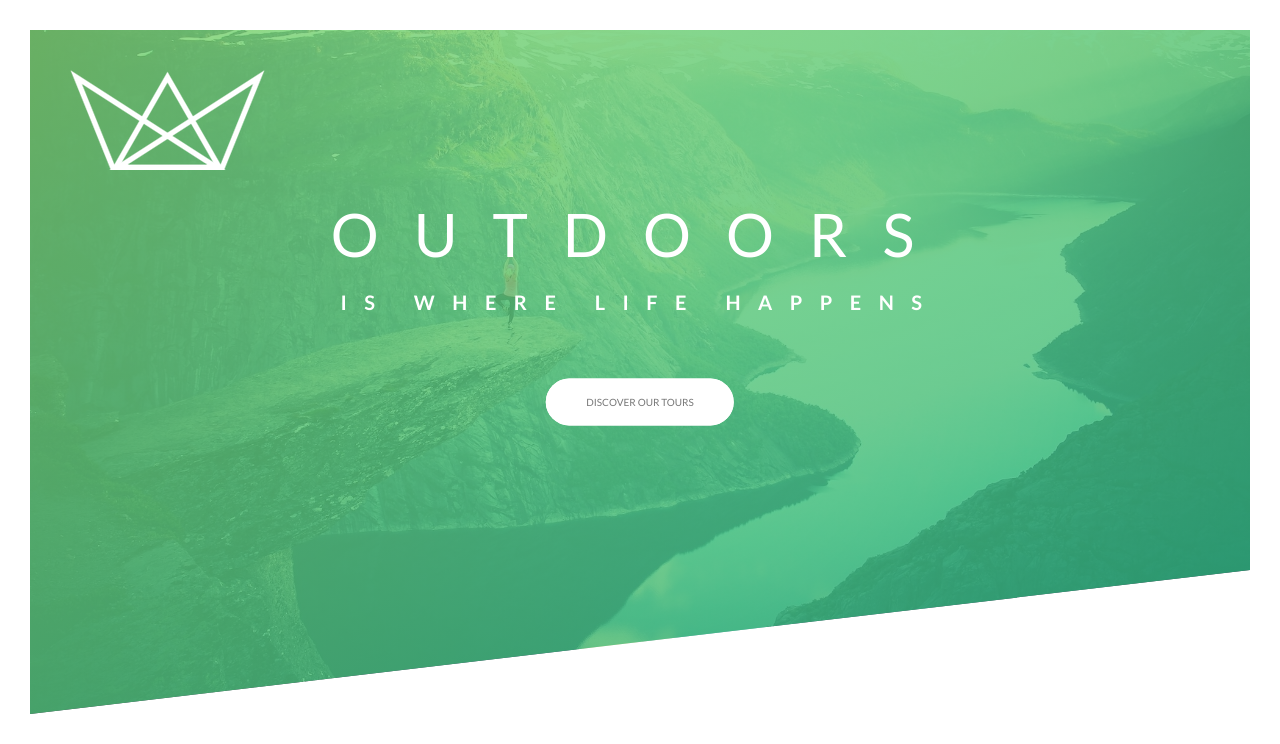
Repository: MalgorzataMazur/Natours
Page: index.html
These files come from the project's save history. The page is drawn as it stood at one moment and after the next save; the edit follows.
The browser window is 1280 px wide. The pictures show the whole page.

Above is the page before, as saved 2020-01-14 19:12:41.

### index.html
<!DOCTYPE html>
<html lang="en">
<head>
    <meta charset="UTF-8">
    <meta name="viewport" content="width=device-width, initial-scale=1.0">
    <meta http-equiv="X-UA-Compatible" content="ie=edge">

    <link href="https://fonts.googleapis.com/css?family=Lato:100,300,400,700,900" rel="stylesheet">


    <link rel="stylesheet" href="css/style.css">
    <link rel="shortcut icon" type="image/png" href="img/favicon.png">

    <title>Natours | Exciting tours for adventurous people</title>
</head>
<body>
    <header class="header">  <!-- green field -->
        <div class="logo-box">
            <img src="img/logo-white.png" alt="Logo" class="logo">
        </div>

        <div class="text-box">
            <h1 class="heading-primary">
                <span class="heading-primary-main">Outdoors</span>
                <span class="heading-primary-sub">is where life happens</span>
            </h1>
            <a href="#" class="btn btn-white btn-animated">Discover our tours</a>
        </div>

    </header>
</body>
</html>

### css/style.css
/*
COLORS:

Light green: #7ed56f
Medium green: #55c57a
Dark green: #28b485

*/

/* universal selector */    /* that is BASIC RESET! */
* {
    margin: 0;
    padding: 0;
    box-sizing: border-box;
}

html {
    font-size: 10px;
}
body {
    font-family: "Lato", sans-serif;          /* FONT HERE IN BODY BECASUE IS USUALLY IHERITATED */
    font-weight: 400;
    /* font-size: 16px; */
    line-height: 1.7;                       /* 1.7 x higher than earlier defined height of line */
    color: #777;
    padding: 3rem;                          /* around all website white strap */
}

.header {
    height: 95vh;                          /* a#7ed56f, t the boottom left white strap 5% */
    background-image: linear-gradient(
        to right bottom,                     /* define gradient here linear, from wich side sholuld starts here in line gradienfrom the left top to the right, colours */
        rgba(126, 213, 111, 0.8),
        rgba(40, 180, 131, 0.8)),
        url(../img/hero.jpg);
    background-size: cover;
    background-position: top;
    position: relative;

    clip-path: polygon(0 0, 100% 0, 100% 75vh, 0 100%);  /* do wedge (kiln, wcięcie) just to clip from one side, w do polygon (wilokat) we move every single corner move clockwise x & y)  */

}

.logo-box {
    position: absolute;                    /* in the left corner */
    top: 4rem;
    left: 4rem;
}

.logo {
    height: 3,5rem;
}

.text-box {
    position: absolute;
    top: 40%;                          /* top&left they're in relation to the parent element  */
    left: 50%;
    transform: translate(-50%, -50%);         /*translation  is in relation to the elemnet itself; header promary I mean an element to be centered we have to shifted 50% of height and width of element not parent */
    text-align: center;                /* button at the center */
}

.heading-primary {
    color: #ffffff;
    text-transform: uppercase;

    backface-visibility: hidden;
    margin-bottom: 6rem;                 /* a little bit like to the top, shaky and it is to fix it  */
}

.heading-primary-main {
    display: block;
    font-size: 6rem;
    font-weight: 400;
    letter-spacing: 3.5rem;

    animation-name: moveInLeft;               /*  for animation to woerk there're two only properties to specify aniamtion name and the anim ation duration */
    animation-duration: 1s;
    animation-timing-function: ease-out;       /* define how animation will proceed slow/fast; ease-out the anim will start faster and then will become slower by the end */


    /*animation-delay: 3s;*/              /* set a delay we can in animation */
    /*animation-iteration-count: 3; */          /* how many times animation should happens */

}

.heading-primary-sub {
    display: block;
    font-size: 2rem;
    font-weight: 700;
    letter-spacing: 1.75rem;
    animation: moveInRight 1s ease-out;

}

@keyframes moveInLeft {            /* ANIMATION we started from @keyframes and name of animation;NOW I can specify whnt I want to happen in each moment of time of the animation  */
    0% {                          /* initial state */
       opacity: 0;                         /* first we wanted to be visible so opacity 0 and in the end opacity 1; opacity is one of properties that we animated here and transform property second */
       transform: translateX(-10rem);        /* the element comes in from the left side */
    }                                          /* rotate(180deg) */

    80% {
        transform: translateX(1rem);        /* to the right side goes */
    }

    100% {                        /* final state */
        opacity: 1;                         /* first we wanted to be visible so opacity 0 and in the end opacity 1 */
        transform: translate(0);     /* it's gonna look exactly right now */
    }
}


@keyframes moveInRight {
       0% {
        opacity: 0;
        transform: translateX(10rem);      /* moves to the right */
    }

    80% {
        transform: translateX(-1rem);
    }

    100% {
        opacity: 1;
        transform: translate(0);
    }
}

@keyframes moveInBottom {              /* after load btn is going from the bottom */
    0% {
     opacity: 0;                      /* befoee strats anim btn sholud be lover current his position */
     transform: translateY(3rem);      /* moves to the right */
 }

 100% {
     opacity: 1;
     transform: translate(0);
 }
}
/* pseudo-classes */
.btn:link,                              /* link an anchor element; we straed at first step from  */
.btn:visited {                          /* link and vistedt look the same here */
    text-transform: uppercase;
    text-decoration: none;
    padding: 1.5rem 4rem;
    display: inline-block;              /* if specufypadding, width, height of elemet thay sholud be display as a inline-block */
    border-radius: 10rem;
    transition: all .2s;               /* build a creative hover animation effect*/  /*first which properties we want animate, time duration*  */
    position: relative;
}

.btn:hover {
    transform: translateY(-3px);                       /* element moves up */
    box-shadow: 0 1em 2rem rgba(0, 0, 0,.2);                       /* move x, y, blur, color; a very subtle shadow and here is 20% almost transparent*/
}

.btn:active {                           /* click element */
    transform: translateY(-1px);
    box-shadow: 0 .5rem 1rem rgba(0, 0, 0,.2)
}
.btn-white {
    background-color: #fff;
    color: #777;
}
/* pseudo-elements to style caertain parts of elements*/  /* we want put this buuton behind the main btb */
.btn::after {    /* we strat do taht looks like it zooms out to infinity when we hover and it comes back when we hover out; pseudoelement is like a child of btn */
    content: "";                      /* content is always necessary */
    display: inline-block;            /* display is always necessary as well, the same dispaly as btn  */
    height: 100%;                     /* teh dame property like btn we want to look the same as a btn, is like a child of btn*/
    width: 100%;
    border-radius: 10rem;
    position: absolute;               /* behind the btn we want put this actual btn we use position absol and the reference is the fisrt element with the relative position that it can find and it should be BTN (vis alnd link) and now it will be hidden behind the btn*/
    top: 0;
    left: 0;
    z-index: -1;                    /* defines the position of the elements if they are on top of another */
    transition: all .4s;

}

.btn-white::after {
    background-color: #fff;
}

.btn:hover::after { /* when hover yhe btn we wnat some certain style for the after pseudo-elemenr, so this is an after pseudo-element only when we have the button on the hover state*/
    transform: scaleX(1.4) scaleY(1.6);    /* we want to be bigger after hover state; cen rowny zmkazdej str dlatego x i y skalujemy */ /* and we want to animate like before, so animate in initial state- btn:after above pseudoelement*/
    opacity: 0;         /* opacity 0 sets sth to invisible basicilly, so btn disappear */
}

.btn-animated {   /* we ant to only this btn to animated from the bottom */
    animation: moveInBottom .5s ease-out .75s;     /* here is delay the last property */
    animation-fill-mode: backwards;     /* btn is visible before animation, we don't want that so we use this property and we set WSTECZ it means automacily the style up to 0% (moveinbottom) before the animation starts*/
}

After the next save:
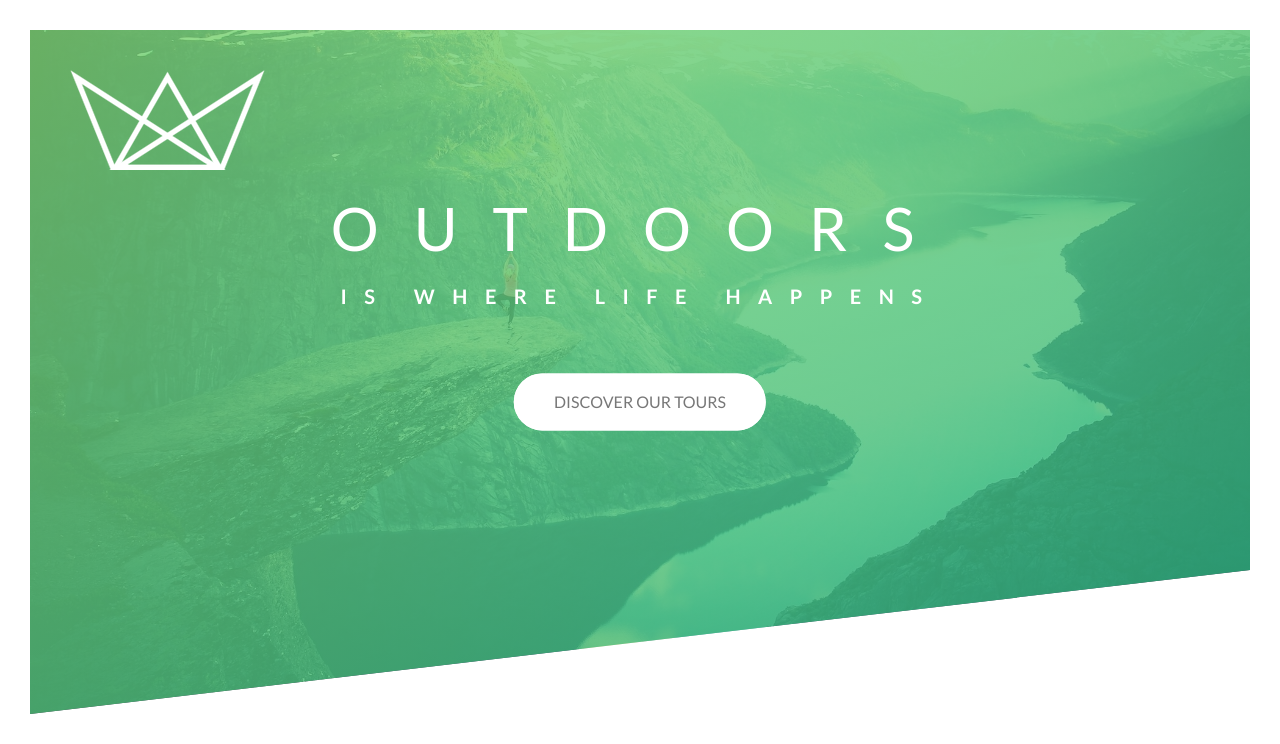
Saved 102 s later.
--- a/css/style.css
+++ b/css/style.css
@@ -146,6 +146,7 @@ body {
     border-radius: 10rem;
     transition: all .2s;               /* build a creative hover animation effect*/  /*first which properties we want animate, time duration*  */
     position: relative;
+    font-size: 1.6rem;
 }
 
 .btn:hover {
